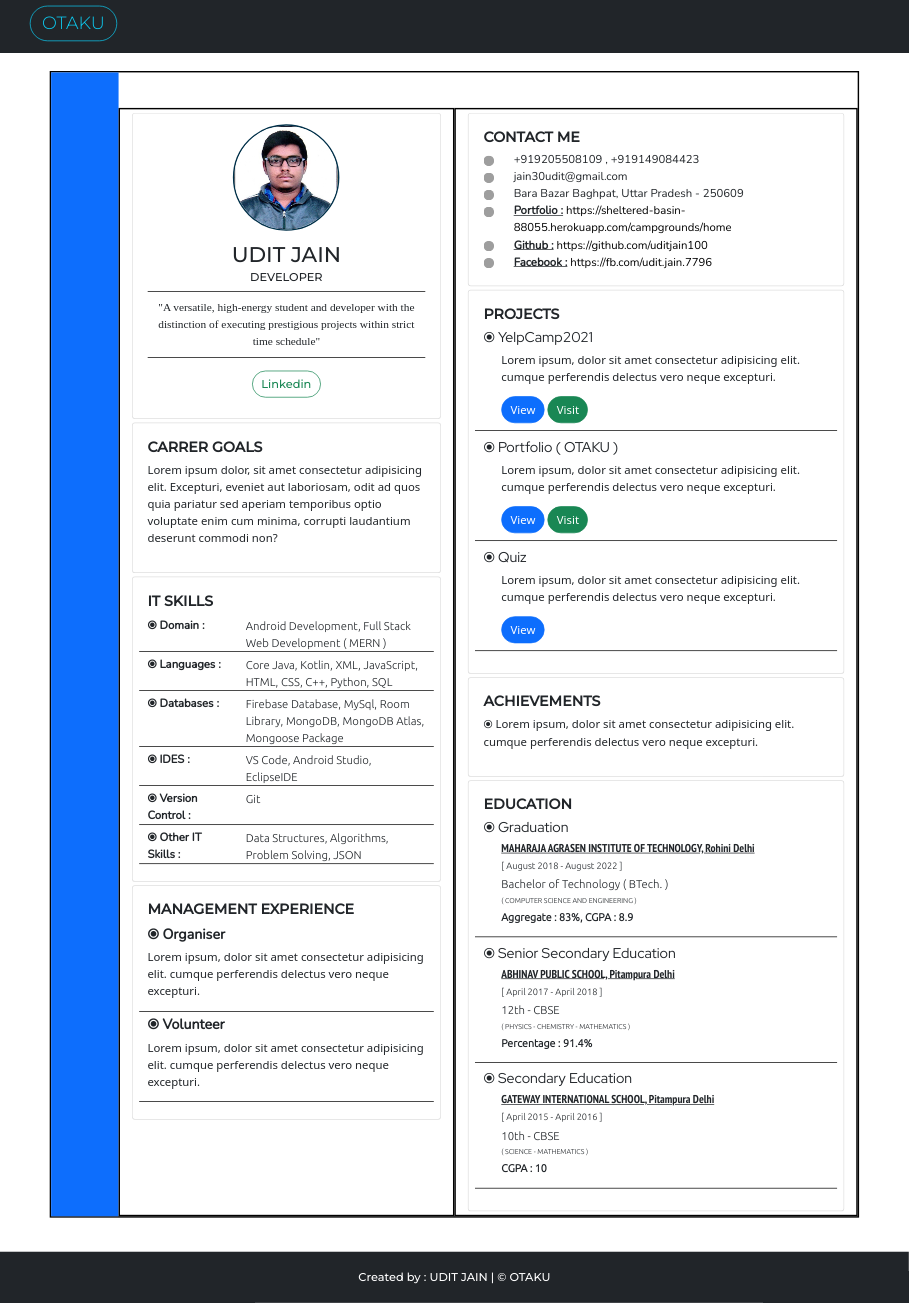
Repository: uditjain100/Responsive-Resume
Page: layouts/index.html
An editor plug-in stored every save of this project. The page is shown before and after the next save, followed by the edit.
The browser window is 1280 px wide. The pictures show the whole page, at 71% of full size.
Pictures or frames that could not be fetched are drawn as grey boxes. Some web fonts or font styles are not loaded; a fallback is used. Some web libraries are served in a nearby version.

Above is the page before, as saved 2021-03-01 18:55:25.

After the next save:
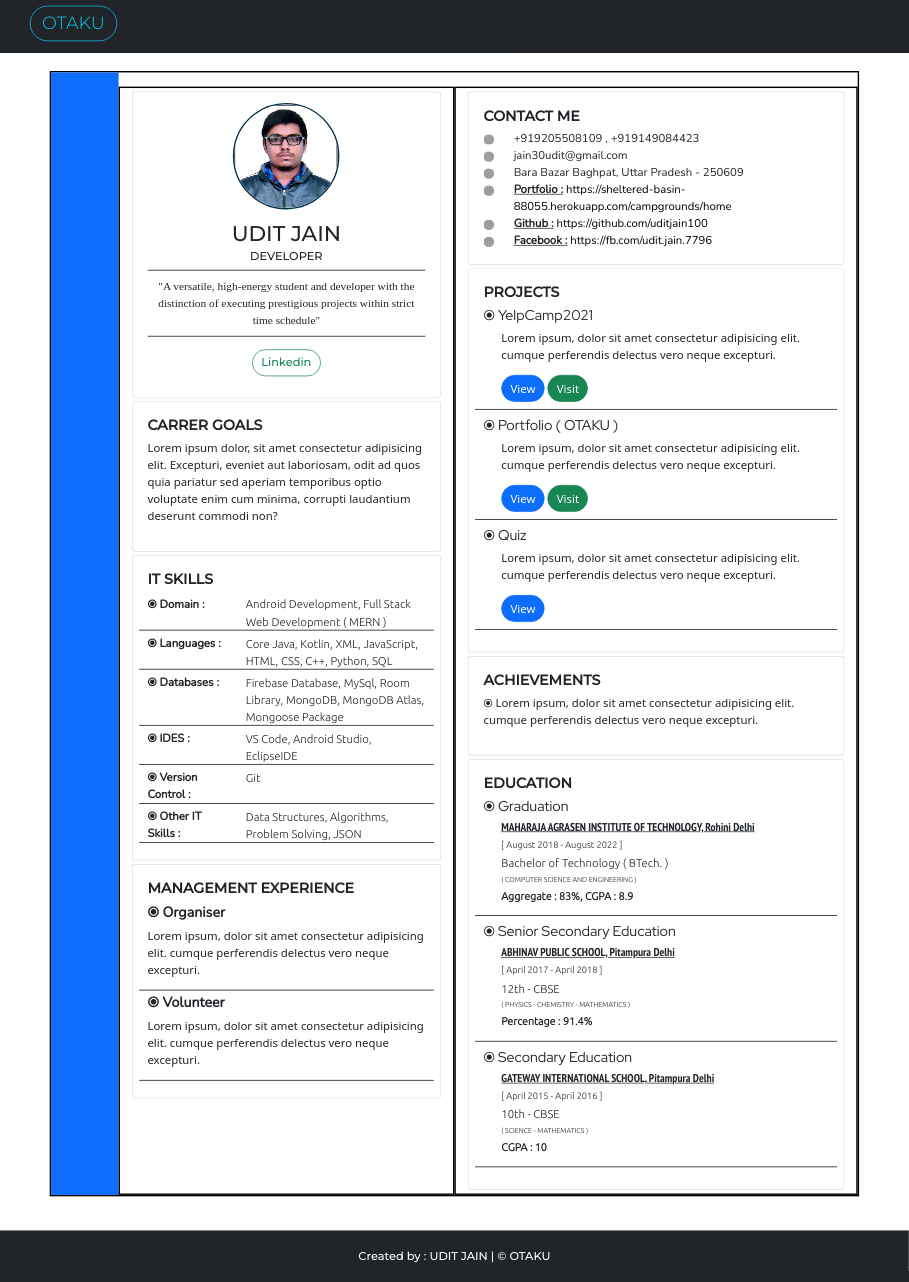
Saved 43 s later.
--- a/layouts/app.css
+++ b/layouts/app.css
@@ -72,7 +72,7 @@ html {
 
 #leftwindow,
 #rightwindow {
-  margin-top: 50px;
+  margin-top: 20px;
   border: 2px black solid;
   min-width: 400px;
 }
